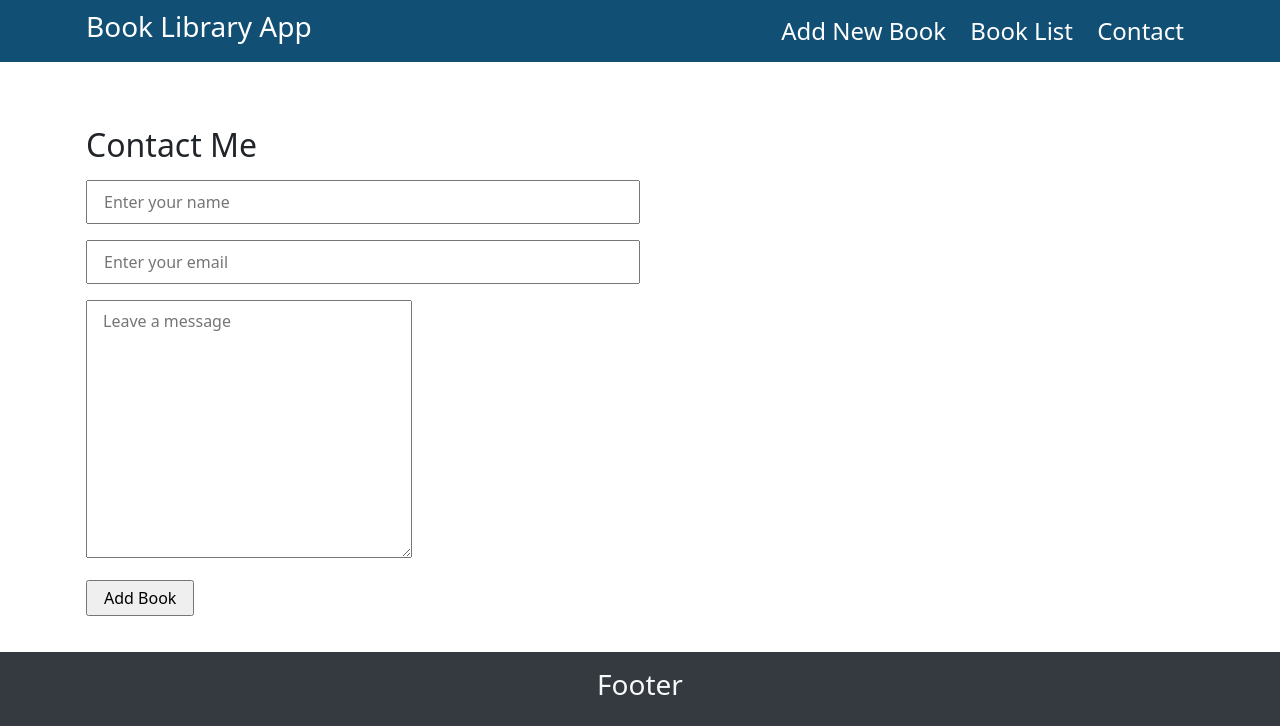
Repository: just-mann/booklibrary-app
Page: http://localhost/contact
These files come from the project's save history. The page is drawn as it stood at one moment and after the next save; the edit follows.
The browser window is 1280 px wide. The pictures show the whole page.
The page is served by the project's Node server (app.js).

Above is the page before, as saved 2021-06-06 04:14:40.

### views/contact.ejs
<!DOCTYPE html>
<html lang="en">
<%- include('./partials/Header') %>
<body>
    <%- include('./partials/Navbar') %>
    <div class="container py-3 contact">
        <div class="w-50 p-5 px-0">
            <form class="px-0">
              <h2>Contact Me</h2>
                <div class="my-3">
                  <input class="px-3 py-2 title w-100" type="text" name="title" id="title" placeholder="Enter your name">
                </div>
                <div class="my-3">
                  <input class="px-3 py-2 author w-100" type="text" name="author" id="author" placeholder="Enter your email">
                </div>
                <div class="my-3">
                  <textarea class="px-3 py-2" name="message" id="" cols="30" rows="10" placeholder="Leave a message"></textarea>
                </div>
                <div class="my-3">
                  <input class="px-3 py-1 submitBtn" type="submit" value="Add Book">
                </div>
            </form>
          </div>
    </div>
    <%- include('./partials/Footer') %>
</body>
</html>

### views/partials/Header.ejs
<head>
    <meta charset="UTF-8">
    <meta name="viewport" content="width=device-width, initial-scale=1.0">
    <title><%= title %></title>
    <link rel="stylesheet" href="https://stackpath.bootstrapcdn.com/bootstrap/5.0.0-alpha1/css/bootstrap.min.css" integrity="sha384-r4NyP46KrjDleawBgD5tp8Y7UzmLA05oM1iAEQ17CSuDqnUK2+k9luXQOfXJCJ4I" crossorigin="anonymous">
    <script src="https://cdn.jsdelivr.net/npm/popper.js@1.16.0/dist/umd/popper.min.js" integrity="sha384-Q6E9RHvbIyZFJoft+2mJbHaEWldlvI9IOYy5n3zV9zzTtmI3UksdQRVvoxMfooAo" crossorigin="anonymous"></script>
    <link rel="stylesheet" href="https://unpkg.com/aos@next/dist/aos.css" />
    <link rel="stylesheet" href="https://unpkg.com/aos@next/dist/aos.css" />
    <script src="https://stackpath.bootstrapcdn.com/bootstrap/5.0.0-alpha1/js/bootstrap.min.js" integrity="sha384-oesi62hOLfzrys4LxRF63OJCXdXDipiYWBnvTl9Y9/TRlw5xlKIEHpNyvvDShgf/" crossorigin="anonymous"></script>
    <link rel="stylesheet" href="/style.css">
  </head>

### views/partials/Navbar.ejs
<nav class="container-fluid sticky-top">
    <div class="container">
        <a href="/" class="logo"><h3>Book Library App</h3></a>
        <div class="nav__links">
            <a href="/">Add New Book</a>
            <a href="/booklist">Book List</a>
            <a href="/contact">Contact</a>
        </div>
    </div>
</nav>

### views/partials/Footer.ejs
<footer class="bg-dark py-3 text-light text-center">
    <script src="https://ajax.googleapis.com/ajax/libs/jquery/3.5.1/jquery.min.js"></script>
    <script src="/script.js"></script>
    <div class="container">
        <h3>Footer</h3>
    </div>
</footer>
<script src="https://unpkg.com/aos@next/dist/aos.js"></script>
<script>
  AOS.init();
</script>

### app.js
const express = require('express'); //import express package
const app = express(); //initialize the express app
const bodyParser = require('body-parser') //import body-parser to handle data from the form
const MongoClient = require('mongodb').MongoClient; //import the mongodbClient
const { ObjectId } = require('bson');
const dbName = 'myBookList';
const dbCollectionName = 'bookCollection';

const PORT = process.env.PORT || 5000;


// Configure the body-parser
app.use(bodyParser.urlencoded({ extended: true }));


// Make static files accessible
app.use(express.static('public'));


// Set View Engine
app.set('view engine', 'ejs');



// Connect to Database
const dbURI = 'mongodb+srv://bookUser:cUk4rECaXyAWsNz8@crud-tutorial.xd65d.mongodb.net/myBookList?retryWrites=true&w=majority';
MongoClient.connect(dbURI, { useUnifiedTopology: true })
    .then(client => {

        app.listen(PORT, () => {
            console.log(`App is now running on PORT ${PORT} and Database: ${dbName} is connected`)
        });

        const db = client.db(`${dbName}`);

        const myCollection = db.collection(`${dbCollectionName}`);

        app.post('/books', (req, res) => {
            myCollection.insertOne(req.body)
                .then(result => {
                    console.log('Item added to database...');
                })
                .catch(err => console.log(err));
            res.redirect('bookList');
        })

        app.get('/booklist', (req, res) => {
            myCollection.find().sort({_id: -1}).toArray()
                .then(result => {
                    res.render('bookList', { myList: result, title: "Book List" });
                })
                .catch(err => console.log(err));
        })


        app.get('/booklist/:id', (req, res) => {
            const id = req.params.id;
            myCollection.findOne({ _id: ObjectId(`${id}`)})
                .then(result => {
                    res.render('details', { singleBook: result, title: `Book Detail  -  ${result.title}` })
                })
                .catch(err => console.log(err));
        })


        app.delete('/booklist/:id', (req, res) => {
            const id = req.params.id;
            myCollection.deleteOne({_id: ObjectId(`${id}`)})
                .then(result => {
                    res.json({ redirect: '/booklist'})
                })
                .catch(err => console.log(err));
        })


        app.get('/', (req, res) => {
            res.render('index', { title: "Add New Book" });
        })


        app.get('/contact', (req, res) => {
            res.render('contact', { title: "Contact Me" });
        })

        app.use((req, res) => {
            res.status(404).render('404', { title: '404, Page Not Found'});
        })

    })
    .catch(err => console.log(err));

### public/style.css
* {
    padding: 0;
    margin: 0;
    box-sizing: border-box;
}
body {
    min-height: 100vh;
}

a {
    text-decoration: none;
}

nav {
    background-color: #114f74;
    padding: 10px 0px;
}

nav .container {
    display: flex;
    justify-content: space-between;
    align-items: center;
}

nav .container .logo h3 {
    color: #ffffff;
    font-weight: 350;
}

nav .container .nav__links {
    color: #ffffff;
}

nav .container .nav__links a {
    color: #ffffff;
    font-size: 1.5rem;
    padding: 10px 0px;
    margin: 0px 10px;
    font-weight: 300;
}

.nav__links a:hover {
    color: red;
}

.listDiv {
    display: flex;
    grid-template-columns: repeat(3, 1fr);
}

.list {
    max-width: 350px;
    min-height: 150px;
    margin: 0px 15px;
    background-color: #e2e2e2;
    border-left: 15px solid #41a1b9;
    opacity: 0.9;
    transition: opacity 0.6s;
}

.list:hover {
    opacity: 1;
}


/* Home Page */
.home {
    height: 82.3vh;
}



/* Book List Page */
.bookList {
    min-height: 81.3vh;
}






/* details page */
.details {
    height: 81.5vh;
}



.bookSummary {
    max-width: 500px;
    background: yellow;
}



/* Contact Page */
.contact {
    height: 82vh;
}

Loaded but not shown: public/script.js (no stored copy; drawn as an empty file)

After the next save:
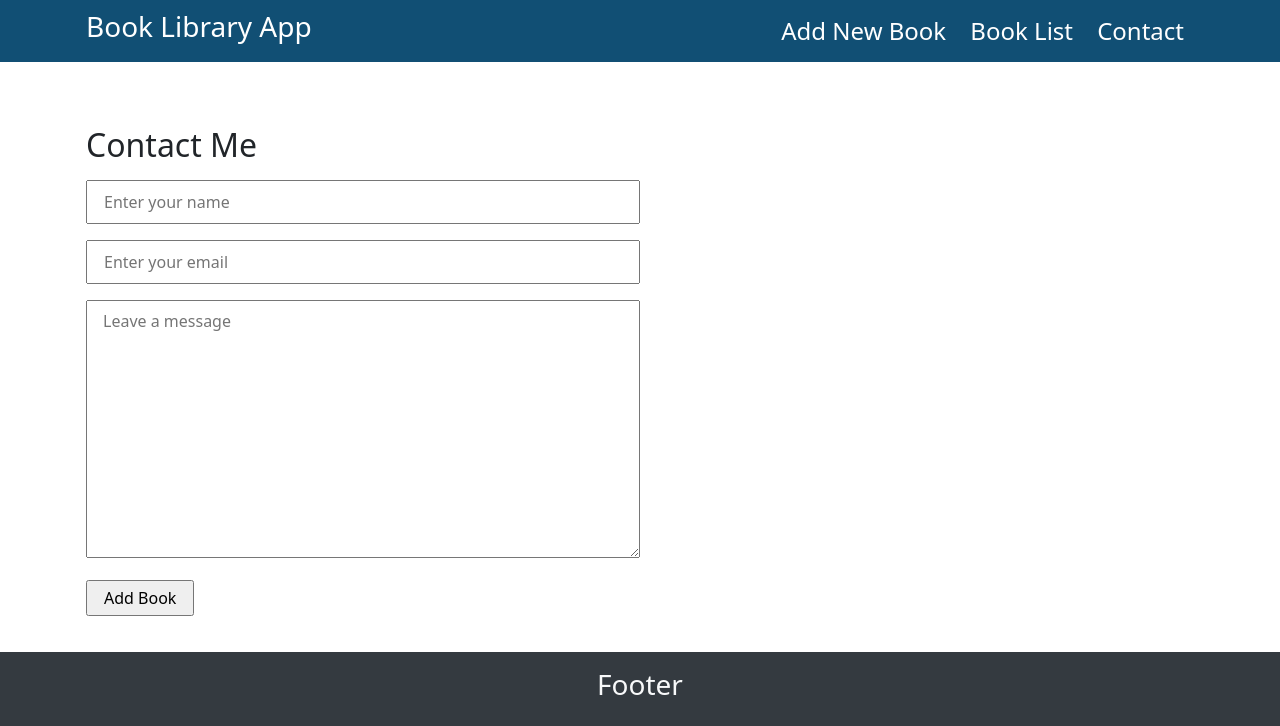
Saved 16 s later.
--- a/views/contact.ejs
+++ b/views/contact.ejs
@@ -14,7 +14,7 @@
                   <input class="px-3 py-2 author w-100" type="text" name="author" id="author" placeholder="Enter your email">
                 </div>
                 <div class="my-3">
-                  <textarea class="px-3 py-2" name="message" id="" cols="30" rows="10" placeholder="Leave a message"></textarea>
+                  <textarea class="px-3 py-2 w-100" name="message" id="" cols="30" rows="10" placeholder="Leave a message"></textarea>
                 </div>
                 <div class="my-3">
                   <input class="px-3 py-1 submitBtn" type="submit" value="Add Book">
